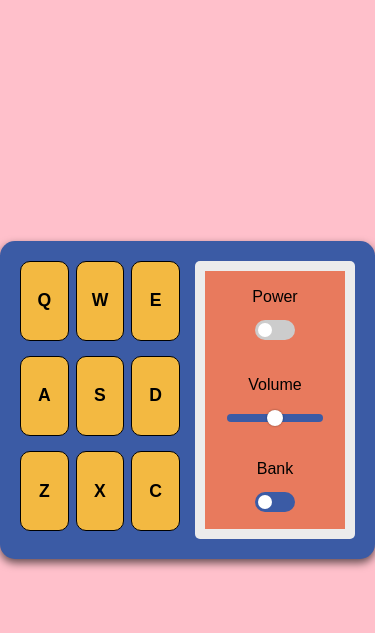
Repository: alfredoleano/drum-machine
Page: /
These files come from the project's save history. The page is drawn as it stood at one moment and after the next save; the edit follows.
The browser window is 375 px wide. The pictures show the whole page.
The project was rebuilt for these pictures with package versions that can differ from the ones it lists, and the page was loaded fresh each time.

Above is the page before, as saved 2024-06-11 20:49:35.

After the next save:
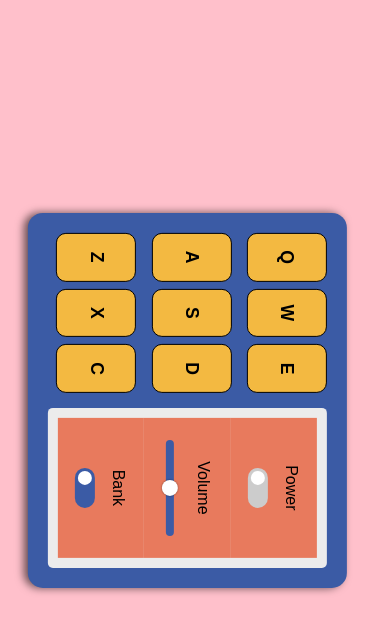
Saved 10 s later.
--- a/src/styles.scss
+++ b/src/styles.scss
@@ -252,7 +252,7 @@ input[type="range"]::-ms-track {
 
   #display {
     // transform: rotate(90deg);
-    // rotate: 90deg;
+    rotate: 90deg;
     // max-width: 100vh;
     width: 100vh;
     height: 85vw;
